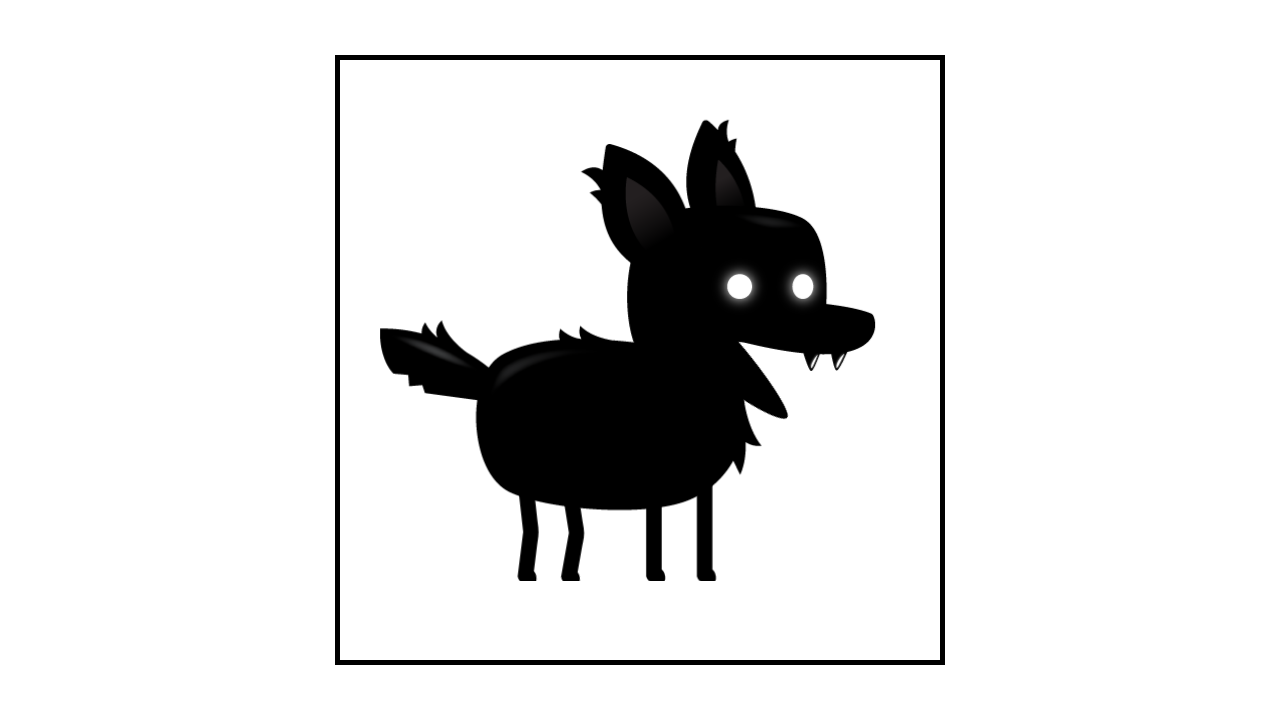
Repository: vasucp1207/sprite-animation
Page: index.html
An editor plug-in stored every save of this project. The page is shown before and after a run of saves, followed by the edit.
The browser window is 1280 px wide. The pictures show the whole page.

Above is the page before, as saved 2022-08-24 22:57:25.

After the next 4 saves:
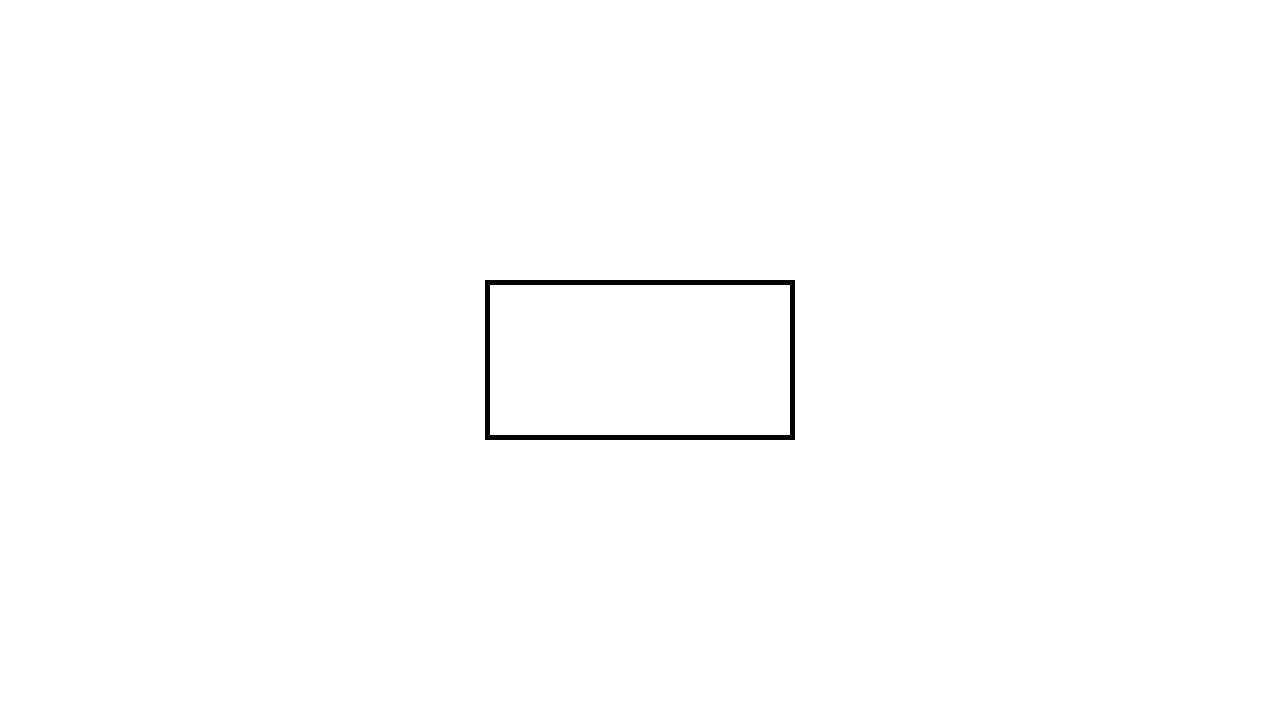
Console error: SyntaxError: Unexpected token '}'
The 4 saves are shown as one change because they came seconds apart.
The last was saved 30 s later.
--- a/script.js
+++ b/script.js
@@ -32,6 +32,7 @@
     for(let j = 0; j < state.frames; j++){
         let positionX = j * spriteWidth
         let positionY = index * spriteHeight
+        frames.loc.push({x: })
     }
 })
 

After the 4 saves that followed:
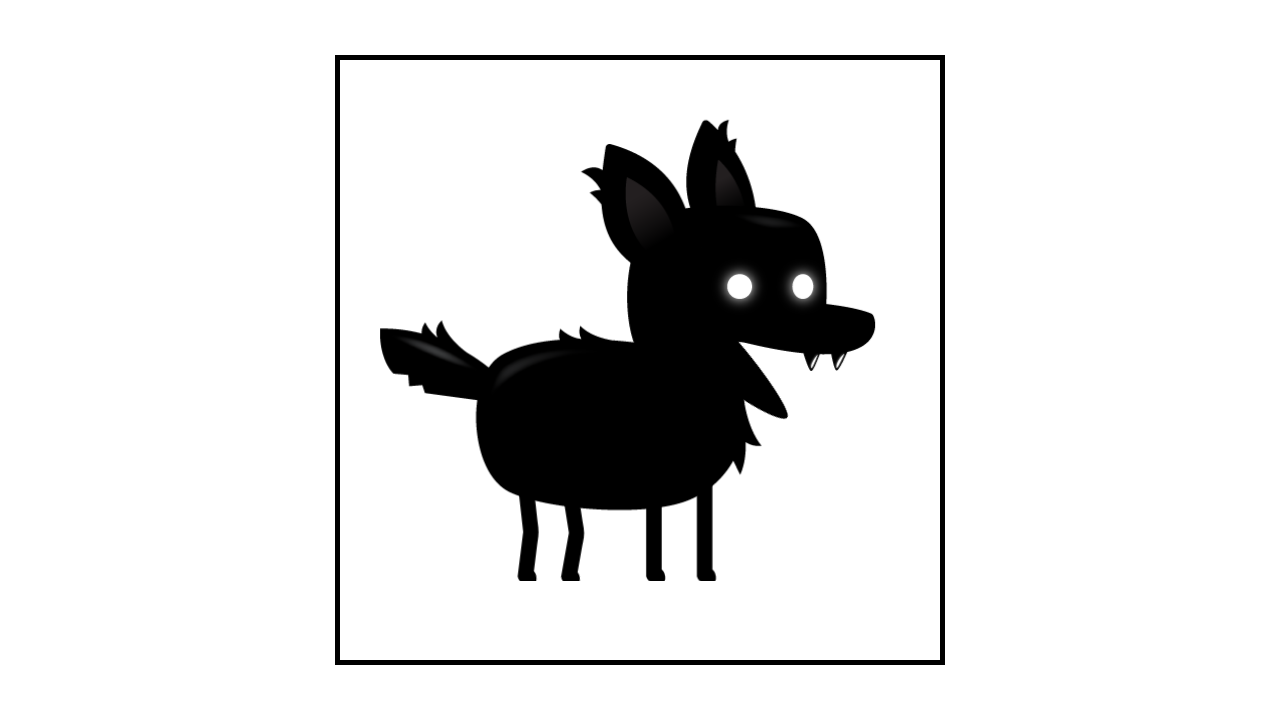
The error is gone.
The 4 saves are shown as one change because they came seconds apart.
The last was saved 10 s later.
--- a/script.js
+++ b/script.js
@@ -32,7 +32,7 @@
     for(let j = 0; j < state.frames; j++){
         let positionX = j * spriteWidth
         let positionY = index * spriteHeight
-        frames.loc.push({x: })
+        frames.loc.push({x: positionX, y: positionY})
     }
 })
 
